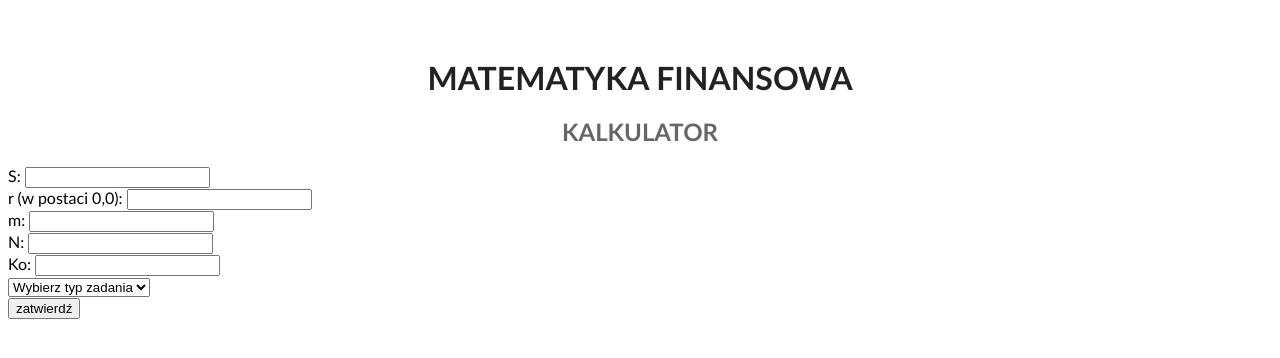
Repository: ravkita/MFCalc
Page: index.html
An editor plug-in stored every save of this project. The page is shown before and after the next save, followed by the edit.
The browser window is 1280 px wide. The pictures show the whole page.

Above is the page before, as saved 2021-04-12 19:21:03.

After the next save:
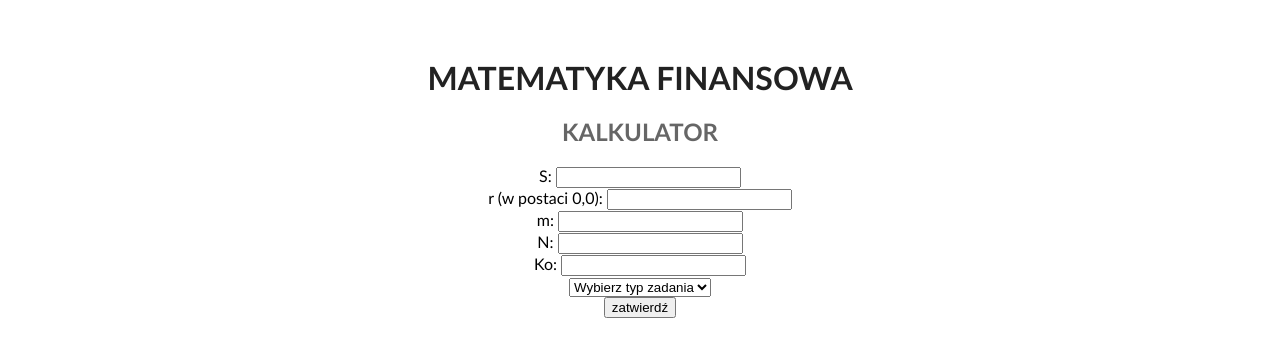
Saved 55 s later.
--- a/index.html
+++ b/index.html
@@ -27,6 +27,12 @@
             color: #666666;
         }
 
+        #rata{
+            display: flex;
+            flex-direction: column;
+            justify-content: center;
+            align-items: center;
+        }
     </style>
 </head>
 <body>
